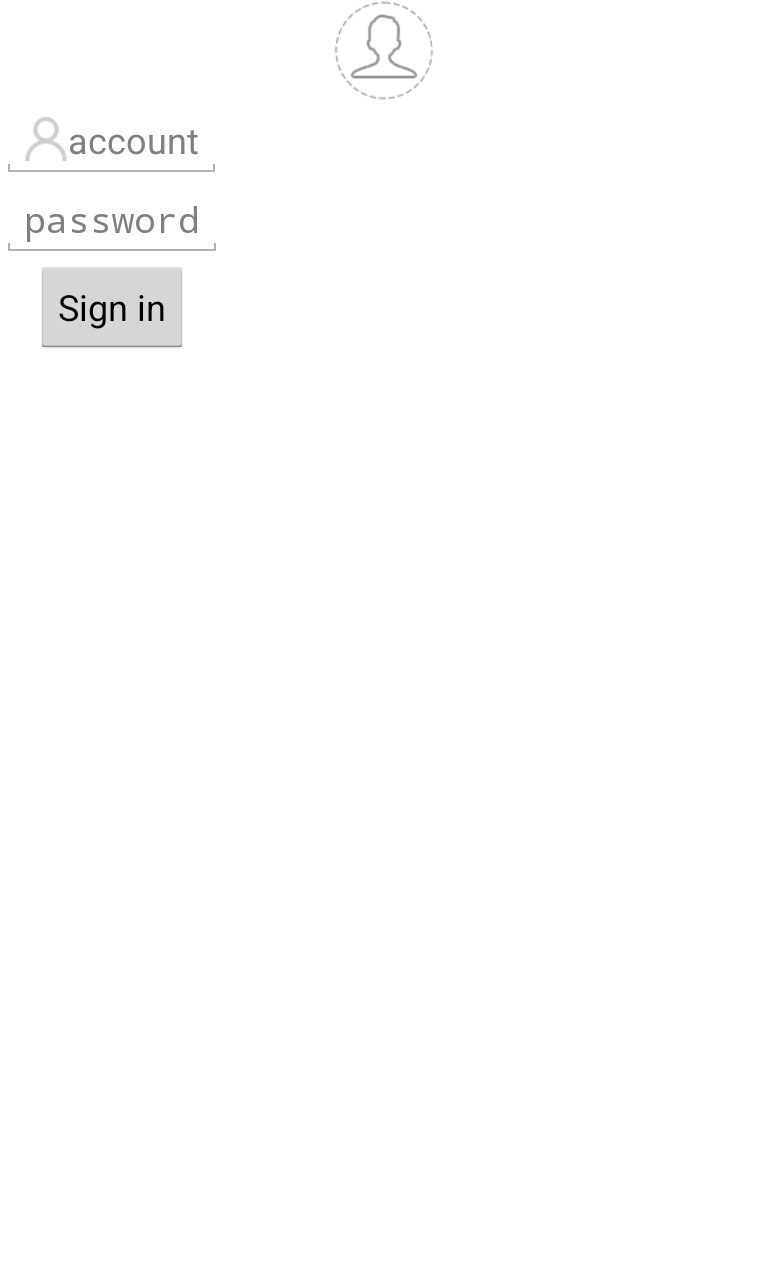
Repository: JDLINLC/android-dev
Layout: ModifyQQ/res/layout/main_activity.xml
An editor plug-in stored every save of this project. The layout is shown before and after the next save, followed by the edit.
It is drawn on a 768 x 1280 px phone screen (xhdpi) without system bars, with theme AppTheme; the app's code is not run.

Above is the layout before, as saved 2015-04-23 08:24:48.

After the next save:
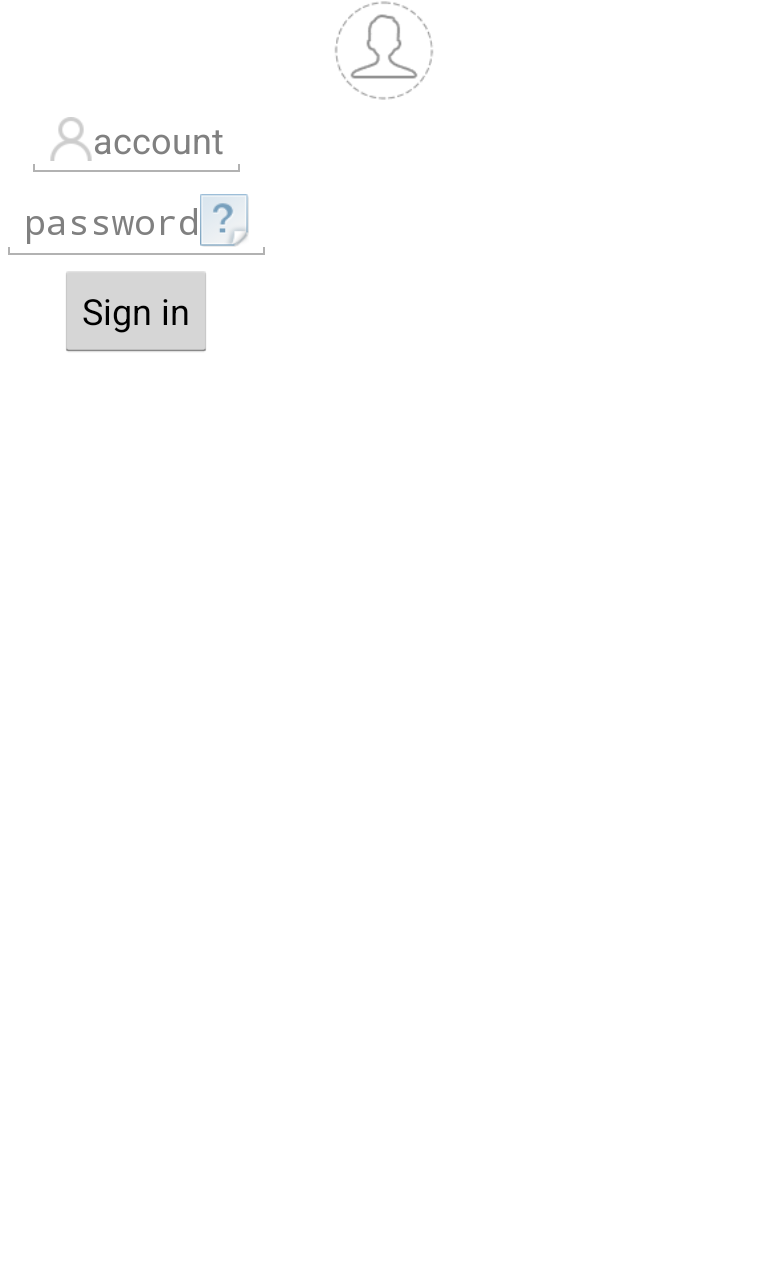
Saved 27 s later.
--- a/ModifyQQ/res/layout/main_activity.xml
+++ b/ModifyQQ/res/layout/main_activity.xml
@@ -30,7 +30,7 @@
         	android:layout_width="match_parent"
         	android:layout_gravity="center"
         	android:hint="password"
-        	android:drawableright="@drawable/ara"
+        	android:drawableRight="@drawable/ara"
         	android:inputType="textPassword"
         	/>
     </TableRow>
